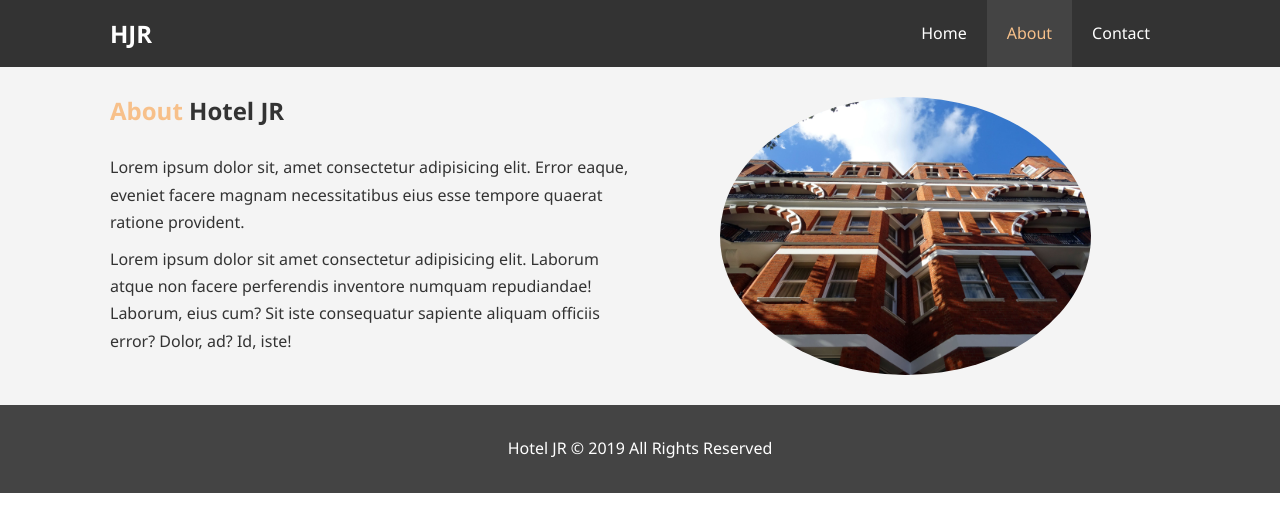
Repository: dimlutine/Hotel-Project
Page: about.html
These files come from the project's save history. The page is drawn as it stood at one moment and after the next save; the edit follows.
The browser window is 1280 px wide. The pictures show the whole page.

Above is the page before, as saved 2019-07-05 22:52:09.

### about.html
<!DOCTYPE html>
<html lang="en">

<head>
    <meta charset="UTF-8">
    <meta name="viewport" content="width=device-width, initial-scale=1.0">
    <meta http-equiv="X-UA-Compatible" content="ie=edge">
    <meta name="description" content="Welcome to the neatest hotel in Durham, North Carolina!">
    <meta name="keywords" content="hotel,durham hotel, north carolina hotel, rdu hotel">
    <link rel="stylesheet" href="css/style.css">
    <title>Hotel JR | About</title>
</head>

<body>
    <header>
        <nav id="navbar">
            <div class="container">
                <h1 class="logo"><a href="index.html">HJR</a></h1>
                <ul>
                    <li><a href="index.html">Home</a></li>
                    <li><a class="current" href="about.html">About</a></li>
                    <li><a href="contact.html">Contact</a></li>
                </ul>
            </div>

        </nav>

    </header>
    <section id="about-info" class="bg-light py-3">
        <div class="container">
            <div class="info-left">
                <h1><span class="text-primary">About</span> Hotel JR</h1>
                <p>Lorem ipsum dolor sit, amet consectetur adipisicing elit. Error eaque, eveniet facere magnam necessitatibus eius esse tempore quaerat ratione provident.</p>
                <p>Lorem ipsum dolor sit amet consectetur adipisicing elit. Laborum atque non facere perferendis inventore numquam repudiandae! Laborum, eius cum? Sit iste consequatur sapiente aliquam officiis error? Dolor, ad? Id, iste!</p>
            </div>
            <div class="info-right">
                <img src="./img/photo-2.jpg" alt="hotel">
            </div>
        </div>
    </section>

    <footer id="main-footer">
        <p>Hotel JR &copy; 2019 All Rights Reserved</p>
    </footer>
</body>

</html>

### css/style.css
* {
    padding: 0;
    margin: 0;
    box-sizing: border-box;
}

html,
body {
    font-family: 'Segoe UI', 'Segoe UI', Tahoma, Geneva, Verdana, sans-serif;
    line-height: 1.7em;
}

a {
    color: #333;
    text-decoration: none;
}

h1,
h2,
h3 {
    padding-bottom: 20px;
}

p {
    margin: 10px 0;
}


/* Utilities */

.container {
    margin: auto;
    max-width: 1100px;
    overflow: auto;
    padding: 0 20px;
}

.text-primary {
    color: #f7c08a;
}

.lead {
    font-size: 20px;
}

.btn {
    display: inline-block;
    font-size: 18px;
    color: #fff;
    background: #333;
    padding: 13px 20px;
    border: none;
    cursor: pointer;
}

.btn:hover {
    background: #f7c08a;
    color: #333;
}

.btn-light {
    background: #f4f4f4;
    color: #333;
}

.bg-dark {
    background: #333;
    color: #fff;
}

.bg-light {
    background: #f4f4f4;
    color: #333;
}

.bg-primary {
    background: #f7c08a;
    color: #333;
}

.clr {
    clear: both;
}

.l-heading {
    font-size: 40px;
}


/* Padding */

.py-1 {
    padding: 10px 0;
}

.py-2 {
    padding: 20px 0;
}

.py-3 {
    padding: 30px 0;
}

#navbar {
    background: #333;
    color: #fff;
    overflow: auto;
}

#navbar a {
    color: #fff;
}

#navbar h1 {
    float: left;
    padding-top: 20px;
}

#navbar ul {
    float: right;
    list-style: none;
}

#navbar ul li {
    float: left;
}

#navbar ul li a {
    display: block;
    padding: 20px;
    text-align: center;
}

#navbar ul li a:hover,
#navbar ul li a.current {
    background: #444;
    color: #f7c08a;
}


/* Showcase */

#showcase {
    background: url('../img/showcase.jpg') no-repeat center center/cover;
    height: 600px;
}

#showcase .showcase-content {
    color: #fff;
    text-align: center;
    padding-top: 170px;
}

#showcase .showcase-content h1 {
    font-size: 60px;
    line-height: 1.2em;
}

#showcase .showcase-content p {
    padding-bottom: 20px;
    line-height: 1.7em;
}


/* Home Info */

#home-info {
    height: 400px;
}

#home-info .info-img {
    float: left;
    width: 50%;
    background: url('../img/photo-1.jpg') no-repeat;
    min-height: 100%;
}

#home-info .info-content {
    float: right;
    width: 50%;
    height: 100%;
    text-align: center;
    padding: 50px 30px;
    overflow: hidden;
}

#home-info .info-content p {
    padding-bottom: 30px;
}


/*Features*/

.box {
    float: left;
    width: 33.3%;
    padding: 50px;
    text-align: center;
}

.box i {
    margin-bottom: 10px;
}


/* About Info*/

#about-info .info-right {
    float: right;
    width: 50%;
    min-height: 100%;
}

#about-info .info-right img {
    width: 70%;
    display: block;
    margin: auto;
    border-radius: 50%;
}

#about-info .info-left {
    float: left;
    width: 50%;
    min-height: 100%;
}


/* Footer */

#main-footer {
    text-align: center;
    background: #444;
    color: #fff;
    padding: 20px;
}

After the next save:
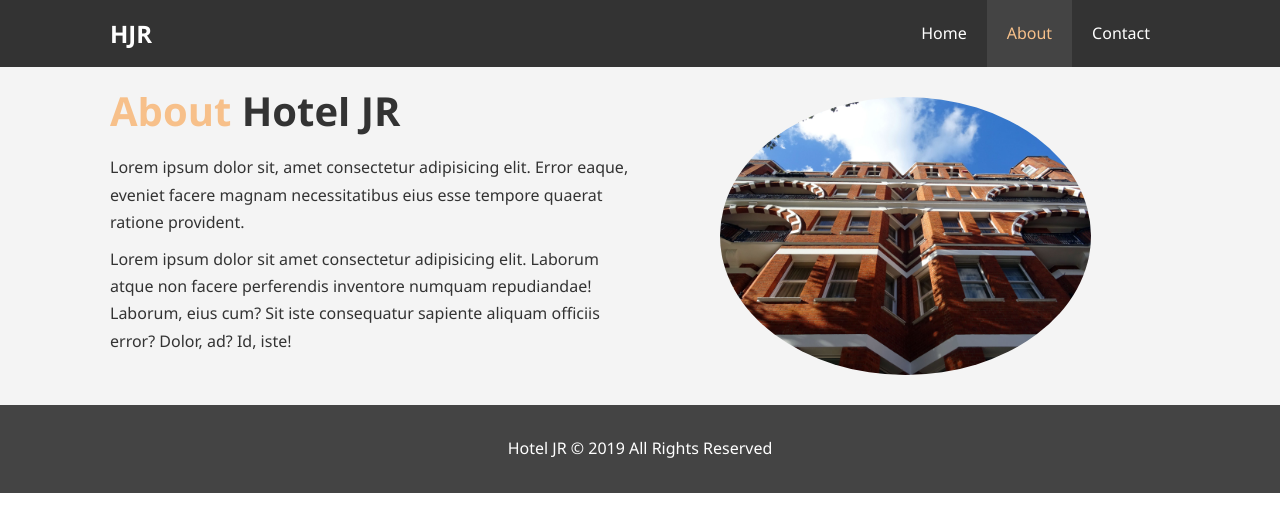
Saved 2 s later.
--- a/about.html
+++ b/about.html
@@ -29,7 +29,7 @@
     <section id="about-info" class="bg-light py-3">
         <div class="container">
             <div class="info-left">
-                <h1><span class="text-primary">About</span> Hotel JR</h1>
+                <h1 class="l-heading"><span class="text-primary">About</span> Hotel JR</h1>
                 <p>Lorem ipsum dolor sit, amet consectetur adipisicing elit. Error eaque, eveniet facere magnam necessitatibus eius esse tempore quaerat ratione provident.</p>
                 <p>Lorem ipsum dolor sit amet consectetur adipisicing elit. Laborum atque non facere perferendis inventore numquam repudiandae! Laborum, eius cum? Sit iste consequatur sapiente aliquam officiis error? Dolor, ad? Id, iste!</p>
             </div>
